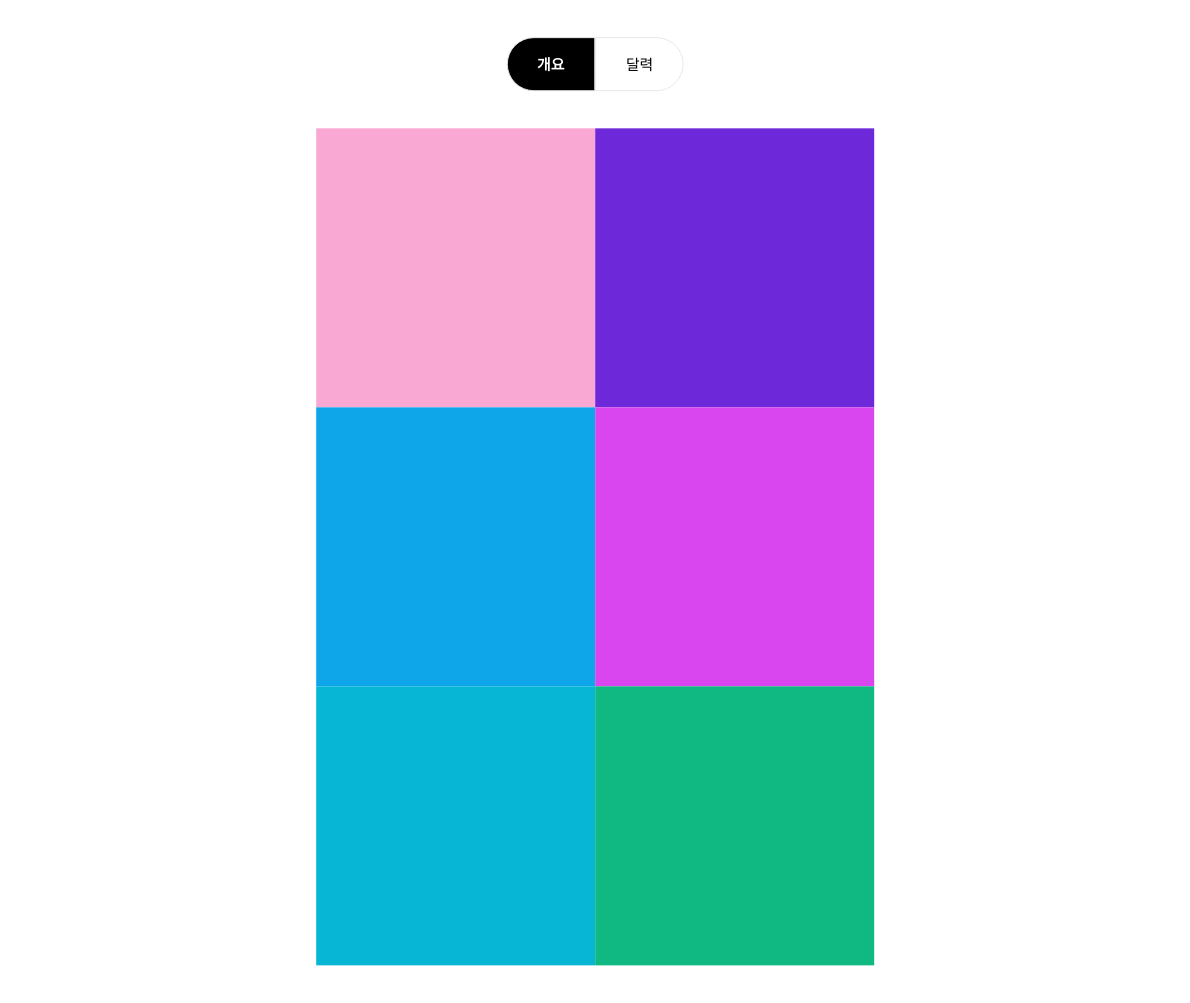
Repository: honey-punch/my-alcohol
Page: /
The author's editor kept a copy of each file at every save. The page is drawn from the files as they stood at one save, then again after the next save.
The browser window is 1280 px wide. The pictures show the whole page, at 93% of full size.
The project was rebuilt for these pictures with package versions that can differ from the ones it lists, and the page was loaded fresh each time. The framework's server and built-in components were replaced by stand-ins that run in the browser. Also part of the build but not shown: next.config.ts, src/app/_component/Calendar.tsx.

Above is the page before, as saved 2025-02-10 15:44:20.

After the next save:
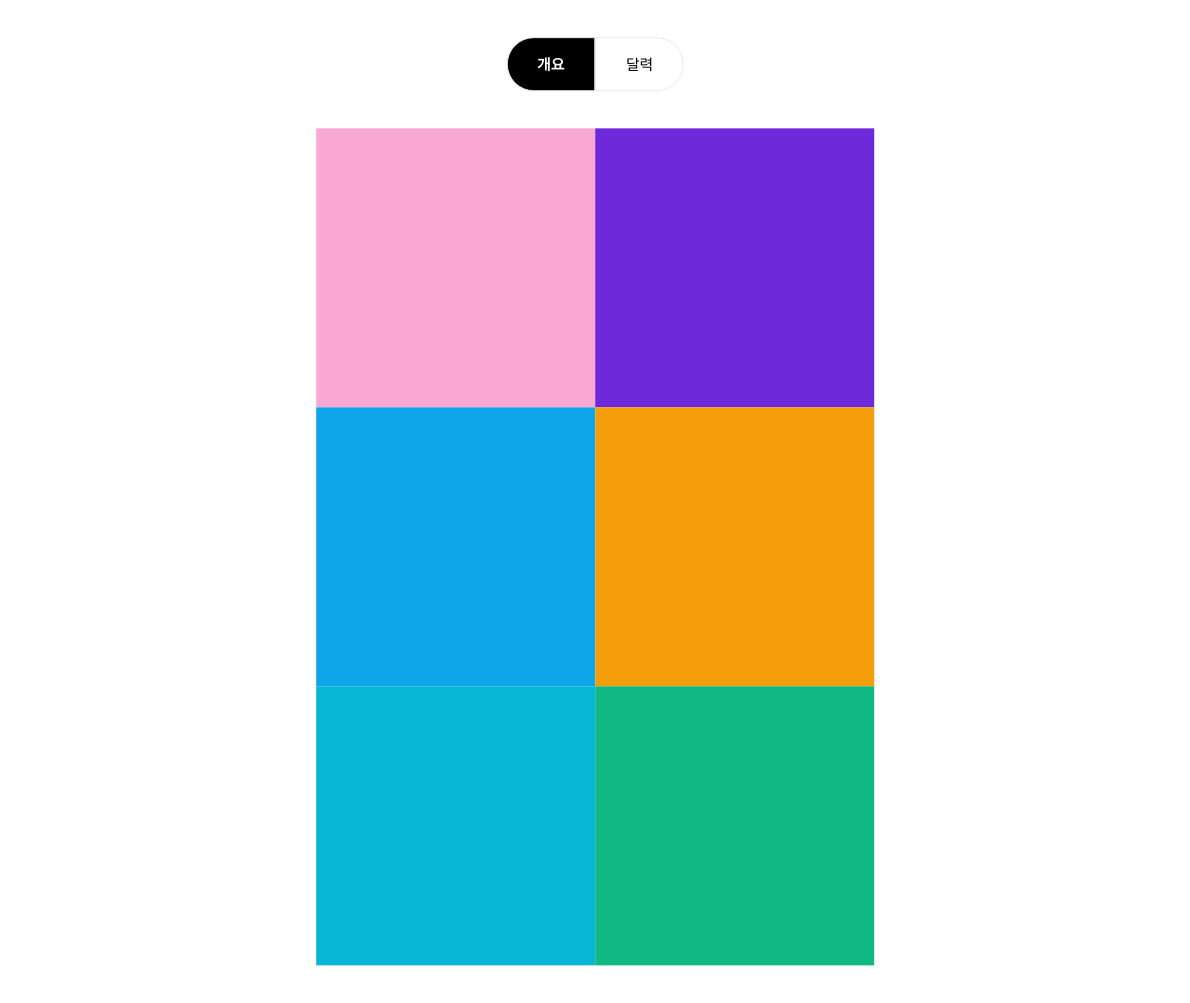
Saved 11 s later.
--- a/src/app/_component/Summary.tsx
+++ b/src/app/_component/Summary.tsx
@@ -40,7 +40,7 @@ export default function Summary() {
       ></div>
       <div
         style={{ width: `${BOX_SIZE}px`, height: BOX_SIZE }}
-        className="bg-fuchsia-500"
+        className="bg-amber-500"
       ></div>
       <div
         style={{ width: `${BOX_SIZE}px`, height: BOX_SIZE }}
